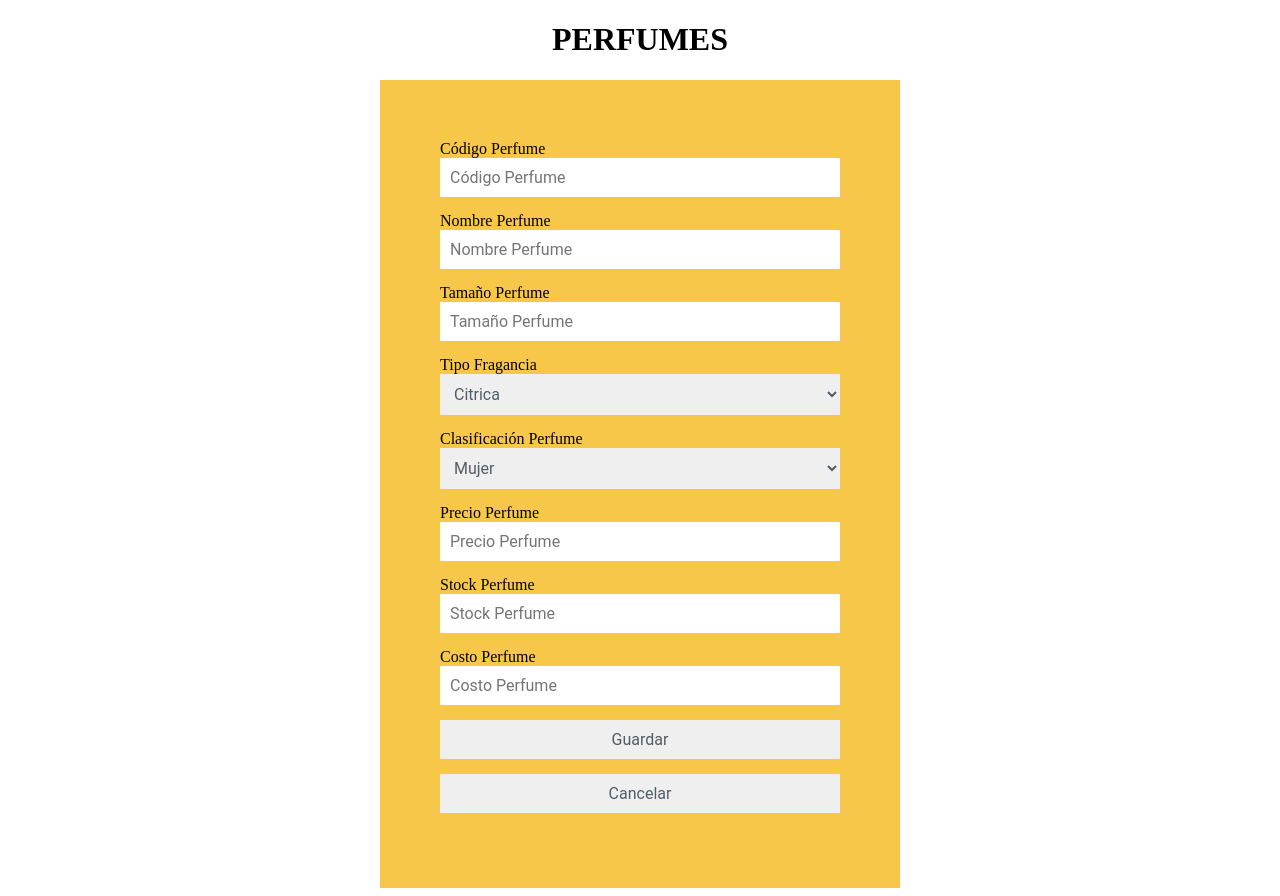
Repository: alejamorenovallejo/arosmile
Page: perfume.html
The author's editor kept a copy of each file at every save. The page is drawn from the files as they stood at one save, then again after the next save.
The browser window is 1280 px wide. The pictures show the whole page.

Above is the page before, as saved 2021-09-12 02:19:49.
Not found: main.js

After the next save:
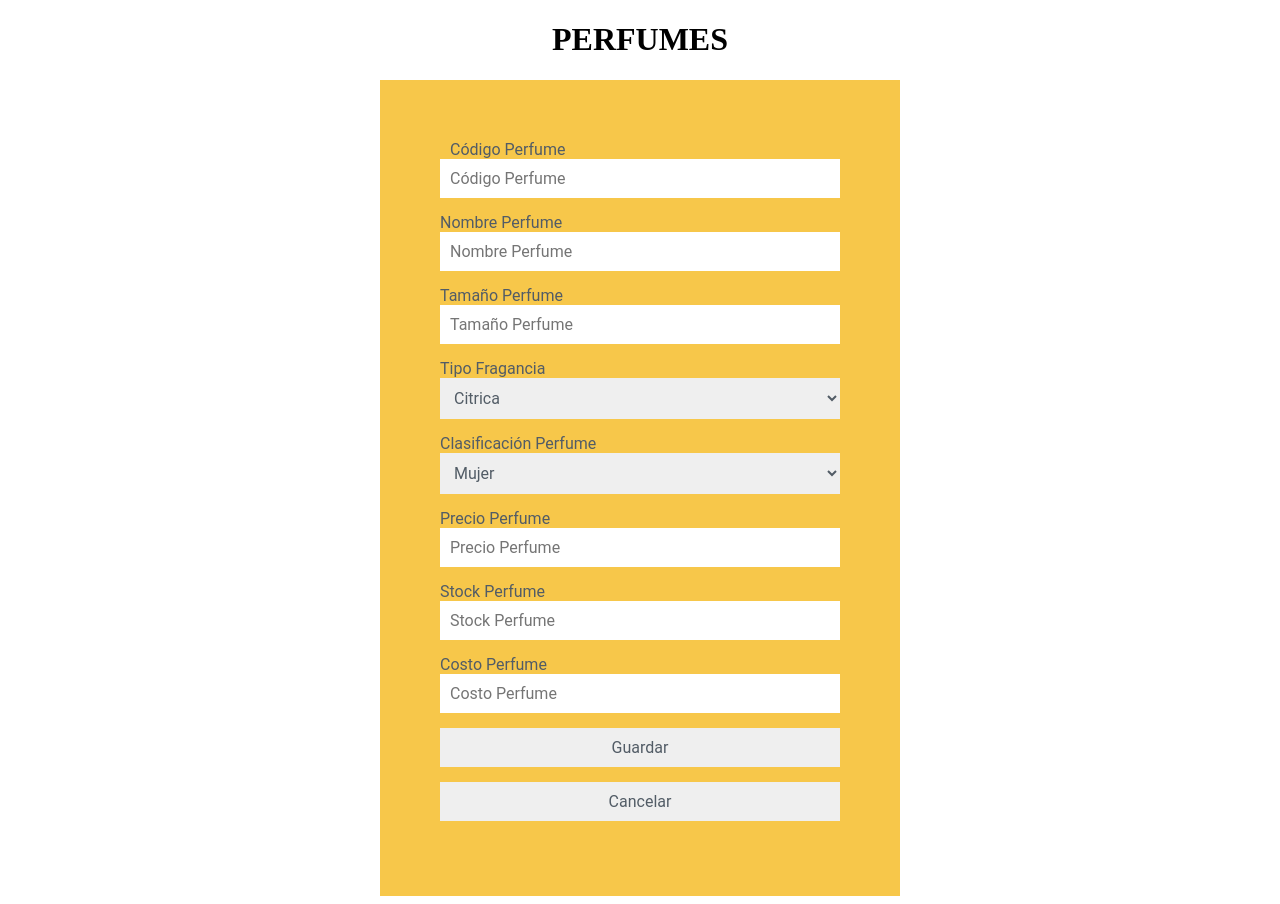
Saved 21 s later.
--- a/css/style.css
+++ b/css/style.css
@@ -4,7 +4,7 @@ form {
   background-color: #F7C74A;
   margin: 0 auto;
 }
-form input, form select{
+form input, form select,form label{
     margin-bottom: 15px;
     font-family: "Roboto", sans-serif;
     width: 100%;
